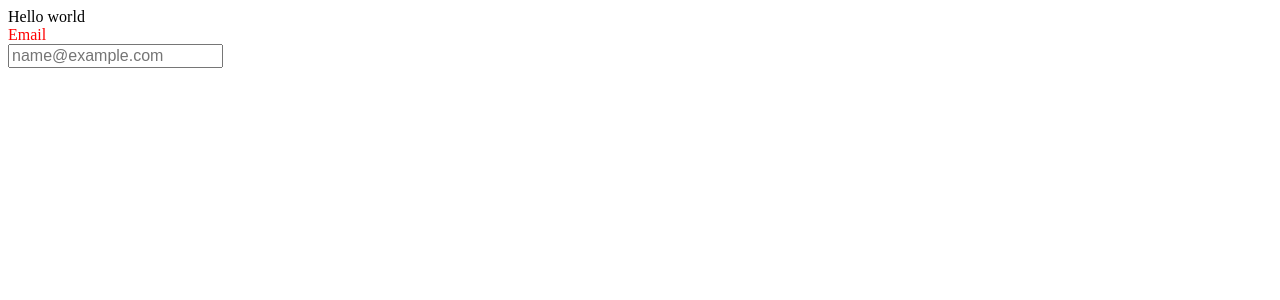
Repository: Dramalf/dramalf-ui
Page: /
An editor plug-in stored every save of this project. The page is shown before and after the next save, followed by the edit.
The browser window is 1280 px wide. The pictures show the whole page.
The project was rebuilt for these pictures with package versions that can differ from the ones it lists, and the page was loaded fresh each time.

Above is the page before, as saved 2021-06-07 14:04:26.

### src/index.js
import React from "react";
import ReactDOM from "react-dom";
import {TextInput} from './lib'
ReactDOM.render(
    <div>
        Hello world
        <TextInput label="Email" placeholder="name@example.com" />
    </div>
    , document.getElementById("root"));

### src/lib.js
import TextInput from "./TextInput.jsx";
export { TextInput };

### src/TextInput.jsx
import React from "react";
import "./TextInput.css";

function TextInput({ type = "text", label, placeholder, onChange }) {

  return (
    <div className="simple-form-group">
      {label && <label className="simple-text-label">{label}</label>}
      <input
        type={type}
        className="simple-text-input"
        placeholder={placeholder}
        onChange={e => onChange && onChange(e.target.placeholder)}
      />
    </div>
  )
}

export default TextInput

### src/lib/TextInput.css
.simple-form-group {
    margin-bottom: 1rem;
}

.simple-text-label {
    display: block;
    color: red;
}

.simple-text-input {
    display: inline-block;
    margin-bottom: 0.5rem;
    font-size: 16px;
    font-weight: 400;
    color: rgb(33, 37, 41);
}

### src/examples/App.js
import React from "react";
import { TextInput } from "../lib";

const App = () => (
  <div style={{ width: 640, margin: "15px auto" }}>
    <h1>Hello React</h1>
    <TextInput label="Email Address" placeholder="name@example.com" />
  </div>
);

export default App;

Loaded but not shown: public/index.html (common file)

After the next save:
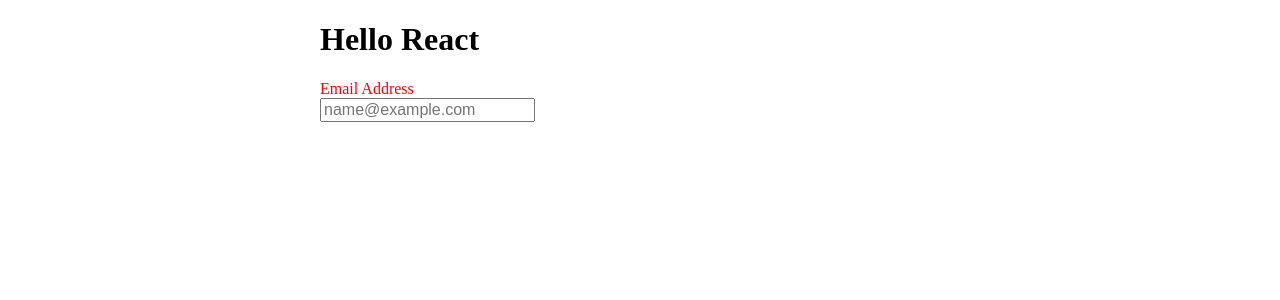
Saved 31 s later.
--- a/src/index.js
+++ b/src/index.js
@@ -1,9 +1,5 @@
 import React from "react";
 import ReactDOM from "react-dom";
-import {TextInput} from './lib'
-ReactDOM.render(
-    <div>
-        Hello world
-        <TextInput label="Email" placeholder="name@example.com" />
-    </div>
-    , document.getElementById("root"));
+import App from "./examples/App";
+
+ReactDOM.render(<App />, document.getElementById("root"));
